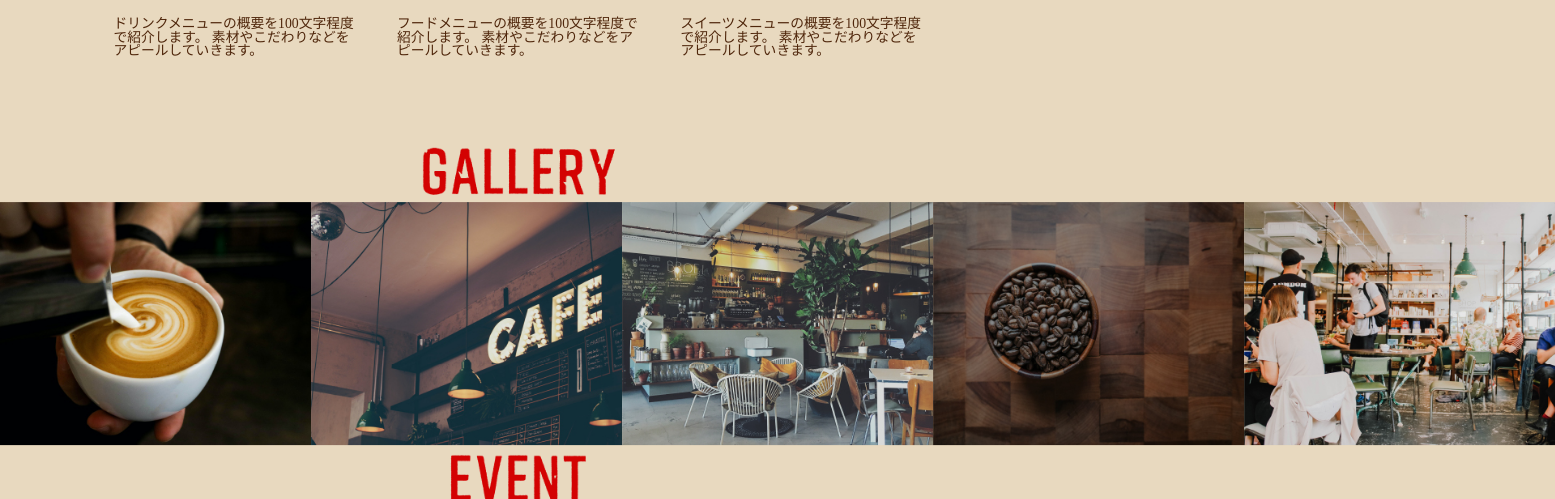
Repository: sonoyama01/dezasuta
Page: 第4回課題/index.html
The author's editor kept a copy of each file at every save. The page is drawn from the files as they stood at one save, then again after the next save.
The browser window is 1280 px wide. The page is 1920 px wide, so the pictures cover 1920 px, including what lies to the right of the window. The pictures show the part of the page from y = 2060 to 2676 px (the page is 3443 px tall before and 3469 px after), at 81% of full size.

Above is the page before, as saved 2024-05-11 16:31:42.

After the next save:
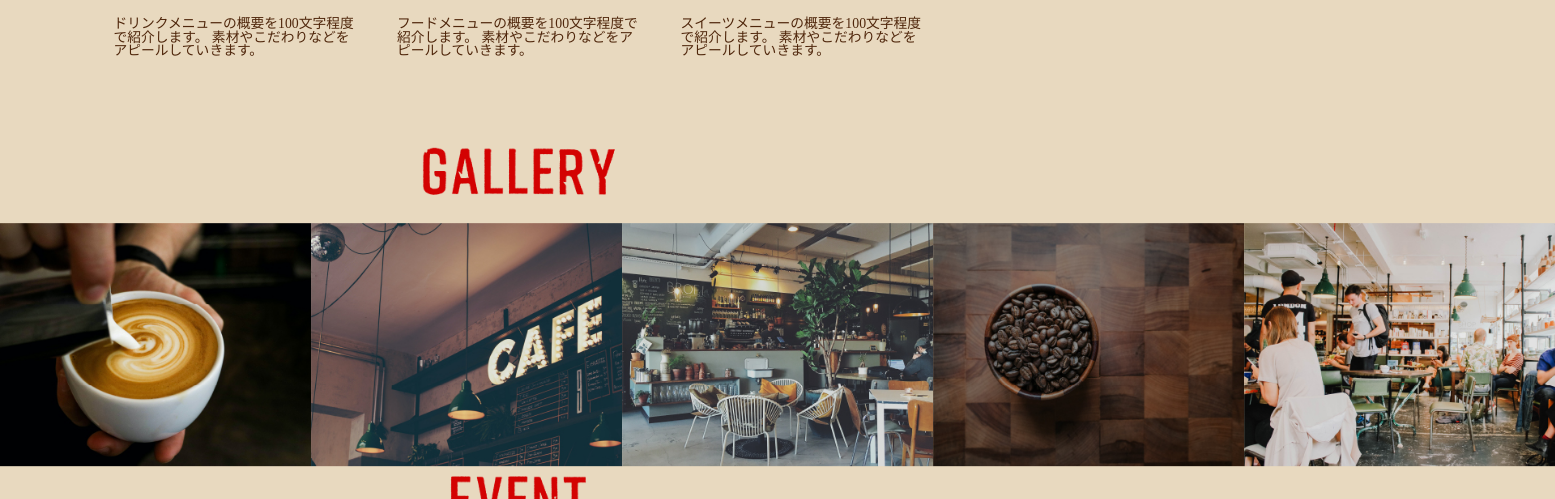
Saved 25 s later.
--- a/第4回課題/css/style.css
+++ b/第4回課題/css/style.css
@@ -183,7 +183,7 @@ h3 {
 #gallery h2 {
   max-width: 1000px;
   width: 245px;
-  margin: 0 auto;
+  margin: 0 auto 26px;
 }
 .gallery {
   display: flex;
